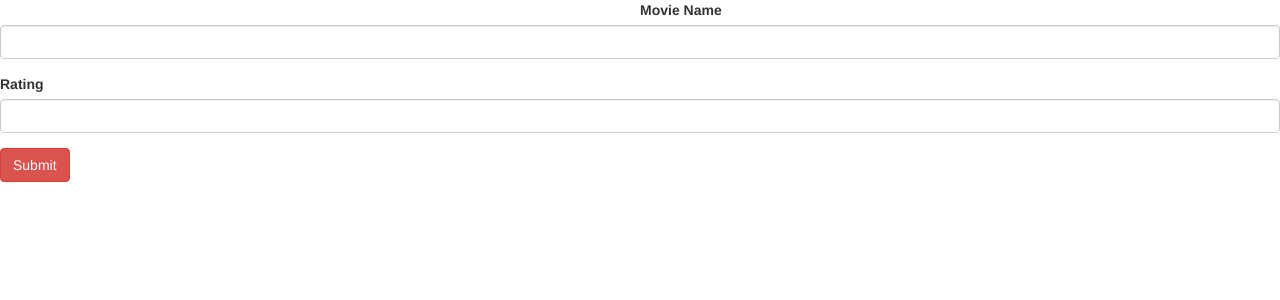
Repository: aishwarya-sankhla/JavaTraining
Page: http://localhost/WebApplication/AddRating.jsp
The author's editor kept a copy of each file at every save. The page is drawn from the files as they stood at one save, then again after the next save.
The browser window is 1280 px wide. The pictures show the whole page.
The page is served by Tomcat 9. Other server files are loaded and not shown.

Above is the page before, as saved 2018-10-03 07:19:14.

### WebApplication/WebContent/AddRating.jsp
<%@ page language="java" contentType="text/html; charset=ISO-8859-1"
    pageEncoding="ISO-8859-1"%>
<!DOCTYPE html>
<html>
<head>
<link rel="stylesheet" href="https://maxcdn.bootstrapcdn.com/bootstrap/3.3.7/css/bootstrap.min.css" integrity="sha384-BVYiiSIFeK1dGmJRAkycuHAHRg32OmUcww7on3RYdg4Va+PmSTsz/K68vbdEjh4u" crossorigin="anonymous">
<meta http-equiv="Content-Type" content="text/html; charset=ISO-8859-1">
<title>Rate Movies</title>
</head>
<body>
<div class="col-md-6"></div>
<form class="form center" action="ProcessRating.jsp">
<div class="form-group">
	<label for="movieName">Movie Name</label>
	<input type="text" name="movieName" id="movieName" class="form-control"/>
</div>

<div class="form-group">
	<label for="rating">Rating</label>
	<input type="number" name="rating" id="rating" max="5" min="1" step=".5" class="form-control"/>
</div>

<div class="form-group">
<input type="submit" value="Submit" class="btn btn-danger">
</div>
</form>
</body>
</html>

After the next save:
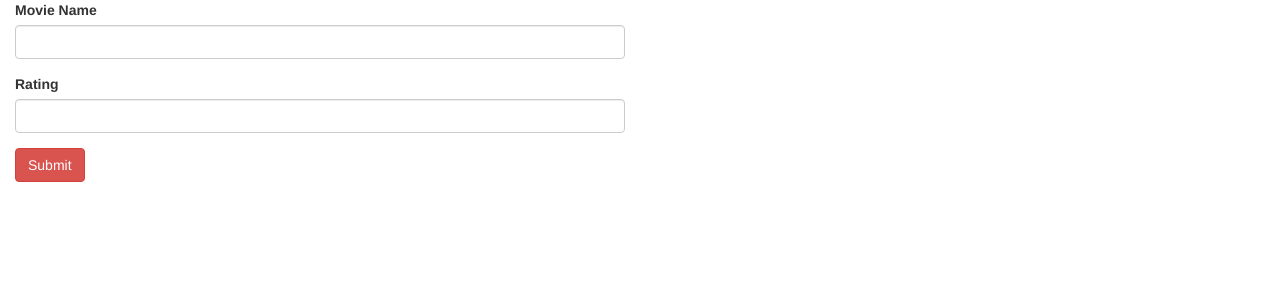
Saved 8 s later.
--- a/WebApplication/WebContent/AddRating.jsp
+++ b/WebApplication/WebContent/AddRating.jsp
@@ -8,7 +8,7 @@
 <title>Rate Movies</title>
 </head>
 <body>
-<div class="col-md-6"></div>
+<div class="col-md-6">
 <form class="form center" action="ProcessRating.jsp">
 <div class="form-group">
 	<label for="movieName">Movie Name</label>
@@ -24,5 +24,6 @@
 <input type="submit" value="Submit" class="btn btn-danger">
 </div>
 </form>
+</div>
 </body>
 </html>
